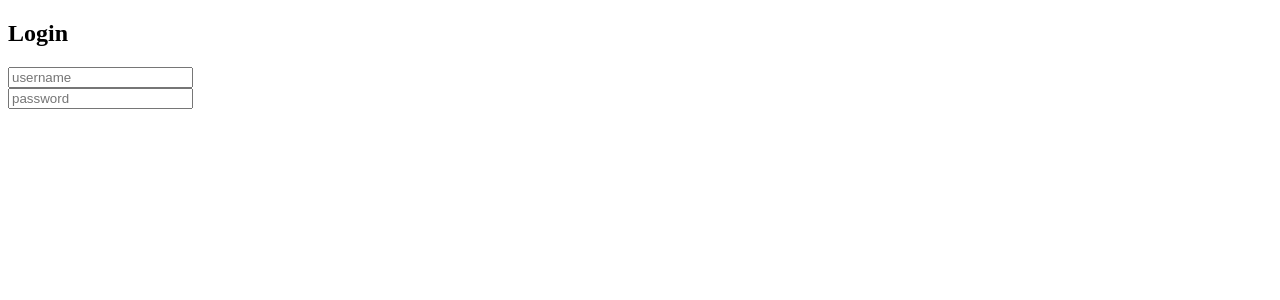
Repository: 951713487/net_shopping
Page: /
The author's editor kept a copy of each file at every save. The page is drawn from the files as they stood at one save, then again after the next save.
The browser window is 1280 px wide. The pictures show the whole page.
The project was rebuilt for these pictures with package versions that can differ from the ones it lists, and the page was loaded fresh each time.

Above is the page before, as saved 2020-03-17 14:22:12.

### src/App.vue
<template>
  <div id="app">
  <router-view></router-view>
  </div>
</template>

<script>


export default {
  name: 'app'

}
</script>

<style>

</style>

### src/router/index.js
import Vue from 'vue'
import VueRouter from 'vue-router'
import Login from '../components/Login.vue'


Vue.use(VueRouter)



const router = new VueRouter({
  routes:[
    { path: '/' , redirect: '/login' },
    { path: '/login' , component: Login }
  ]
})

export default router

### src/plugins/element.js
import Vue from 'vue'
import { Button, Input } from 'element-ui'

Vue.use(Button)
Vue.use(Input)

### src/components/Login.vue
<template>
  <div login_box>
    <h2>Login</h2>
    <div>
      <input placeholder="username" prefix-icon="el-icon-search" v-model="input1" type="text" />
    </div>
    <div>
      <input placeholder="password" prefix-icon="el-icon-search" v-model="input2" type="password" />
    </div>
  </div>
</template>

<script>
export default {};
</script>

<style lang="less" scoped>
</style>

Loaded but not shown: public/index.html (common file); src/main.js (common file)

After the next save:
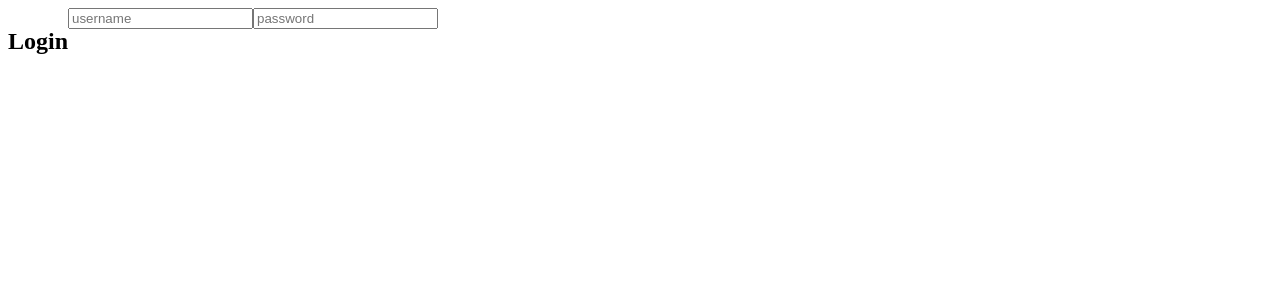
Saved 70 s later.
--- a/src/components/Login.vue
+++ b/src/components/Login.vue
@@ -1,5 +1,5 @@
 <template>
-  <div login_box>
+  <div id="login_box">
     <h2>Login</h2>
     <div>
       <input placeholder="username" prefix-icon="el-icon-search" v-model="input1" type="text" />
@@ -15,4 +15,9 @@
 </script>
 
 <style lang="less" scoped>
+#login_box {
+    display: flex;
+}
+
+
 </style>

After the save that followed:
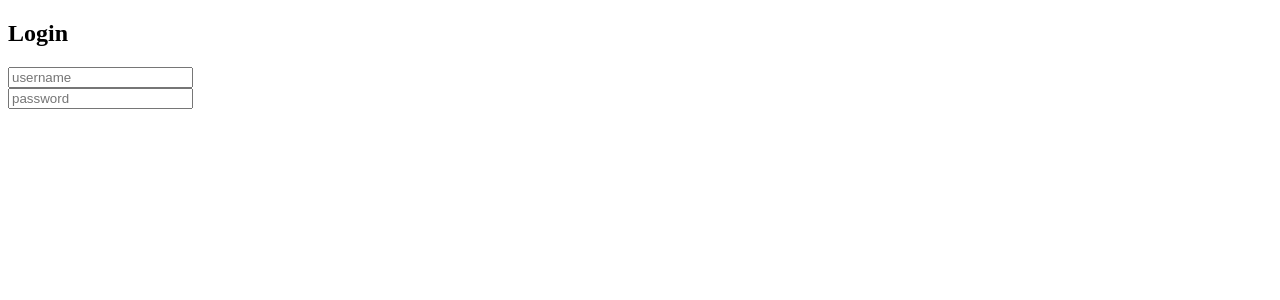
Saved 25 s later.
--- a/src/components/Login.vue
+++ b/src/components/Login.vue
@@ -16,7 +16,7 @@
 
 <style lang="less" scoped>
 #login_box {
-    display: flex;
+
 }
 
 
